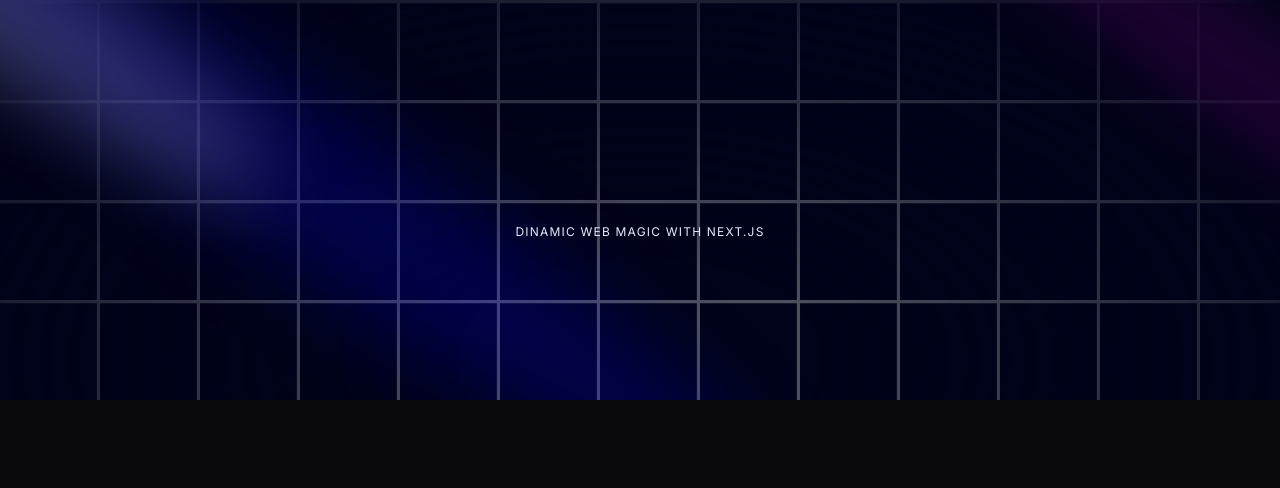
Repository: drsamame/portfolio.next
Page: /
These files come from the project's save history. The page is drawn as it stood at one moment and after a run of saves; the edit follows.
The browser window is 1280 px wide. The pictures show the whole page.
The project was rebuilt for these pictures with package versions that can differ from the ones it lists, and the page was loaded fresh each time. The framework's server and built-in components were replaced by stand-ins that run in the browser. Also part of the build but not shown: next.config.mjs.

Above is the page before, as saved 2024-07-02 15:43:41.

After the next 2 saves:
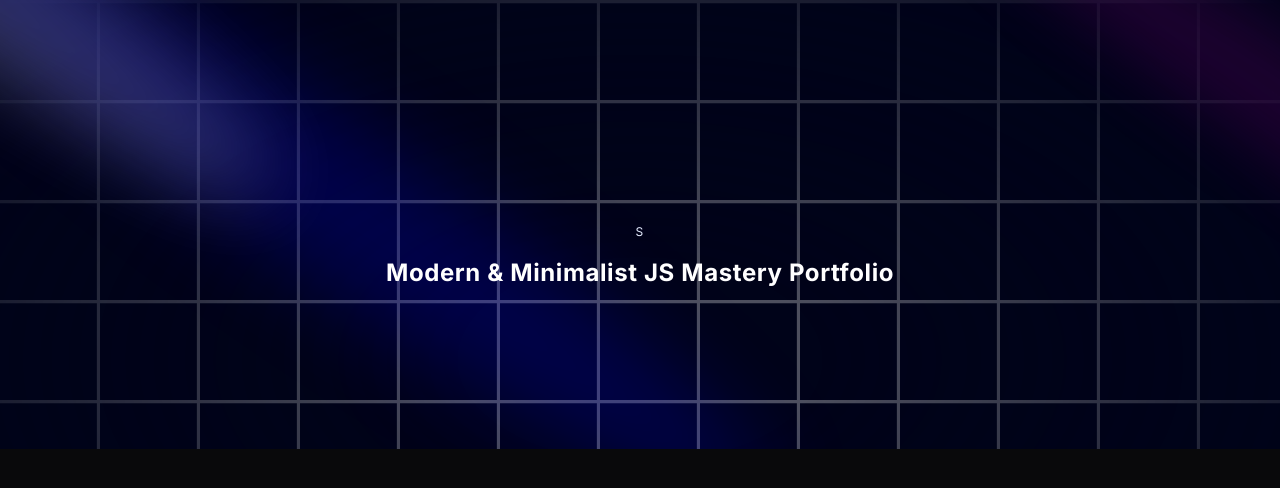
The 2 saves are shown as one change because 1 did not build or start.
The last was saved 52 min 3 s later.
--- a/components/Hero.tsx
+++ b/components/Hero.tsx
@@ -22,7 +22,8 @@
 			</div>
 			<div className='flex justify-center relative my-20 z-10'>
 				<div className='max-w-[89vw] md:max-w-2xl lg:max-w-[60vw] flex flex-col items-center justify-center'>
-					<h2 className='uppercase tracking-widest text-xs text-center text-blue-100 max-w-80'>Dinamic Web Magic with Next.Js</h2>
+					<h2 className='uppercase tracking-widest text-xs text-center text-blue-100 max-w-80'> s</h2>
+						<TextGenerateEffect words={'Modern & Minimalist JS Mastery Portfolio'}></TextGenerateEffect>
 				</div>
 			</div>
 		</div>
